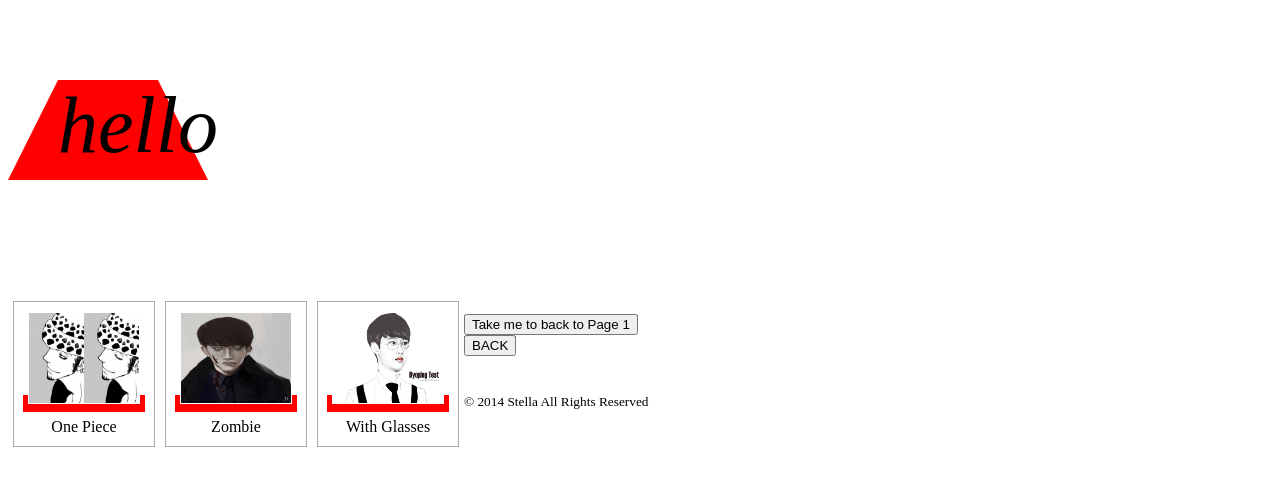
Repository: simj959/simj959.github.io
Page: css_composition/page5.html
The author's editor kept a record of every edit. The page is drawn from the files as they stood at one moment, then again after the next edit.
The browser window is 1280 px wide. The pictures show the whole page.

Above is the page before.

After the next edit:
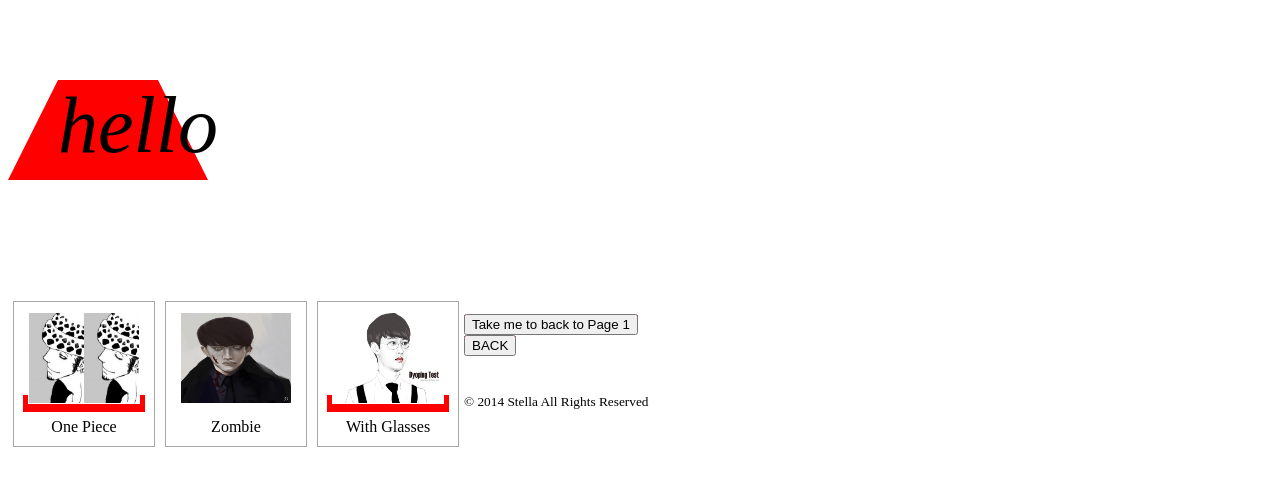
The edit:
--- a/css_composition/page5.html
+++ b/css_composition/page5.html
@@ -56,7 +56,6 @@
   <div class="desc">One Piece</div>
 </div>
 <div class="img">
-  <a target="_blank" href="klematis2_big.htm">
     <img src="3.jpg" alt="Klematis" width="110" height="90">
   </a>
   <div class="desc">Zombie</div>
